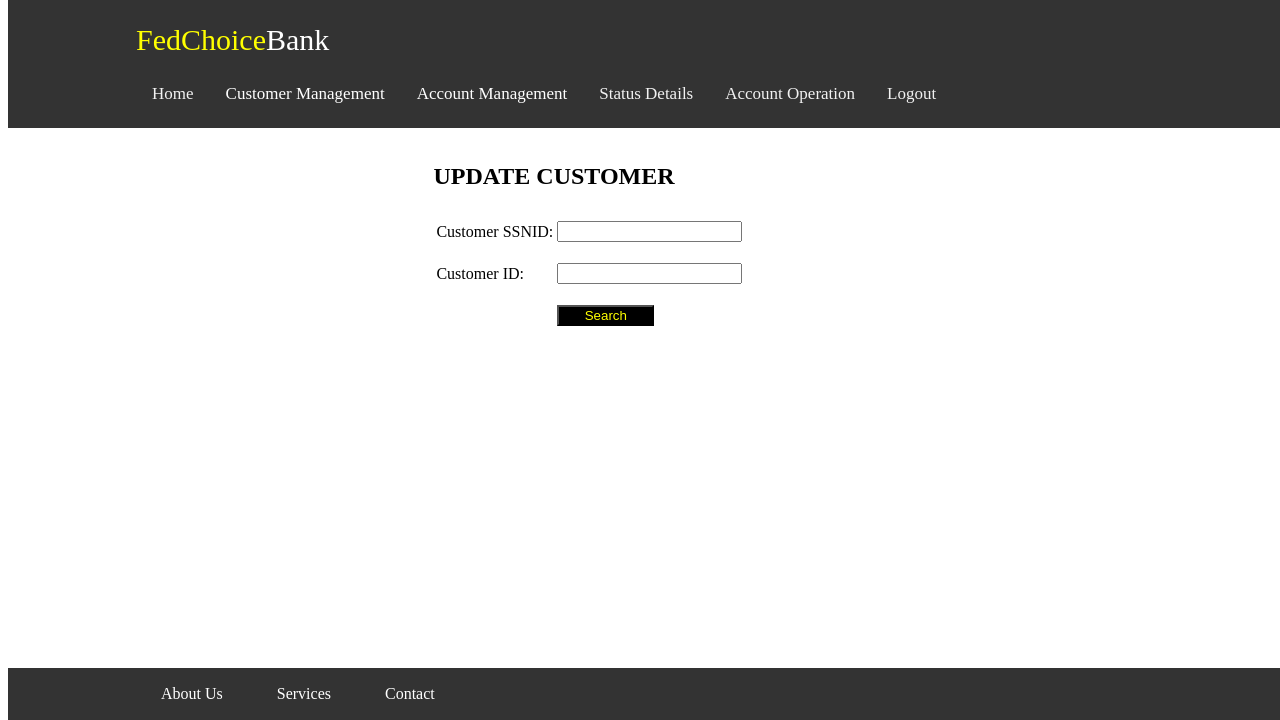
Repository: gopikavinod/RBM
Page: http://localhost/Retail_Bank_Management/UpdateCustomerServlete
An editor plug-in stored every save of this project. The page is shown before and after the next save, followed by the edit.
The browser window is 1280 px wide. The pictures show the whole page.
The page is served by Tomcat 9. Other server files are loaded and not shown. Queries for data that is not in the repository find no rows.

Above is the page before, as saved 2020-06-22 05:04:33.

### eclipse-workspace/Retail Bank Management/WebContent/updateCustomer.jsp
<%@ page language="java" contentType="text/html; charset=ISO-8859-1"
    pageEncoding="ISO-8859-1"
    import="com.bean.CustomerBean"
    %>
<!DOCTYPE html>
   <html>

      <head>
         <meta http-equiv="Content-Type"
            content="text/html; charset=windows-1256">

   <title>FedChoice Bank</title>
<style>
    /* Add some padding on document's body to prevent the content
    to go underneath the header and footer */
    body{
        padding-top: 60px;
        padding-bottom: 40px;
    }
    .container{
        width: 80%;
        margin: 0 auto; /* Center the DIV horizontally */
    }
    .fixed-header, .fixed-footer{
        width: 100%;
        position: fixed;
        background: #333;
        padding: 10px 0;
        color: #fff;
    }
    .fixed-header{
        top: 0;
    }
    .fixed-footer{
        bottom: 0;
    }
    /* Some more styles to beutify this example */
    nav a{
        color: #fff;
        text-decoration: none;
        padding: 7px 25px;
        display: inline-block;
    }
    .container p{
        line-height: 200px; /* Create scrollbar to test positioning */
    }
    p.detail
    {
    color:yellow;
    line-height: 0px;
    font-size: 30px
    }
    span.name{
    	color:white;
    	 font-size: 30px
    }
    tr
    {
    height: 40px;
    }
    span.aestric
    {
    color: red;
    }
    .topnav {
  overflow: hidden;
  background-color: #333;
}

.topnav a {
  float: left;
  display: block;
  color: #f2f2f2;
  text-align: center;
  padding: 14px 16px;
  text-decoration: none;
  font-size: 17px;
}
    .dropdown {
  float: left;
  overflow: hidden;
}
.dropdown .dropbtn {
  font-size: 17px;
  border: none;
  outline: none;
  color: white;
  padding: 14px 16px;
  background-color: inherit;
  font-family: inherit;
  margin: 0;
}

.dropdown-content {
  display: none;
  position: absolute;
  background-color: #f9f9f9;
  min-width: 160px;
  box-shadow: 0px 8px 16px 0px rgba(0,0,0,0.2);
  z-index: 1;
}

.dropdown-content a {
  float: none;
  color: black;
  padding: 12px 16px;
  text-decoration: none;
  display: block;
  text-align: left;
}

.topnav a:hover, .dropdown:hover .dropbtn {
  background-color: #555;
  color: white;
}

.dropdown-content a:hover {
  background-color: #ddd;
  color: black;
}

.dropdown:hover .dropdown-content {
  display: block;
}

</style>


</head>
<body>
    <div class="fixed-header">
        <div class="container">
            <nav>
          <p class="detail">FedChoice<span class="name">Bank</span></p>
          <div class="topnav" id="myTopnav">
                <a href="#">Home</a>
                <div class="dropdown">
    <button class="dropbtn">Customer Management
      <i class="fa fa-caret-down"></i>
    </button>
    <div class="dropdown-content">
      <a href="/Retail_Bank_Management/userLogged.jsp">Create Customer</a>
      <a href="/Retail_Bank_Management/updateCustomer.jsp">Update Customer</a>
      <a href="#">Delete Customer</a>
      <a href="#">View Customer Details</a>
    </div>
    </div>

   <div class="dropdown">
    <button class="dropbtn">Account Management
      <i class="fa fa-caret-down"></i>
    </button>
    <div class="dropdown-content">
      <a href="#">Add Account</a>
      <a href="#">Update Account</a>
      <a href="#">Delete Account</a>
      <a href="#">View Account Details</a>
    </div>
    </div>


                <a href="#">Status Details</a>
                <a href="#">Account Operation</a>
                <a href="#">Logout</a>
            </nav>
        </div>
    </div>
    <div class="container">
    <p>
    <div id="searchdiv1" ${param.searchButton == 'Search'?'hidden':''}>
    	<form action="search" name="updateCustomer"  enctype="multipart/form-data" style="margin-top: 95px;
    margin-left: 299px;" >
    <h2>UPDATE CUSTOMER</h2>
    <table>
   <tr >
<td>Customer SSNID:</td>
<td><input type="text" id="cssnid" name="customerssnid" value="" > </td>
</tr>
<tr >
<td>Customer ID:</td>
<td><input type="text" id="custid" name="customerid" value=""> </td>
</tr>
<tr colspan="2" >
<td></td>
<td><input type="submit" name="searchButton" value="Search" style="background-color: black;color: yellow ;width:97px"></td>
</tr>






</table>

    	</form>
    	</div>
 <div id= "serchdiv2"  ${param.searchButton == 'Search'?'':'hidden'}>
<form  action="update" name="updateCustomer"  method="post"   style="margin-top: 95px;
    margin-left: 299px;">
    <%Object name=request.getAttribute("name");
    Object address=request.getAttribute("address");
    Object age=request.getAttribute("age");
    Object ssn=request.getAttribute("ssn");
    Object custid=request.getAttribute("custid");

    %>


    	<table>
    	<tr >
<td>Customer SSNID:</td>
<td><input type="text" id="cssnid" name="customerssnid" value="<%=ssn %>" readonly="readonly"> </td>
</tr>
<tr >
<td>Customer ID:</td>
<td><input type="text" id="custid" name="customerid" value="<%=custid %>" readonly="readonly"> </td>
</tr>
    	<tr>
<td>Old Customer Name:</td>
<td><input type="text" id="cname" name="customername"   value="<%=name %>" readonly="readonly" > </td>
</tr>

<tr>
<td>New Customer Name<span class="aestric">*</span>:</td>
<td><input type="text" id="ncname" name="newcustname" value="" required="required" ></td>
</tr>
<tr>
<td>Old Address:</td>
<td> <input type="text" id="oaddress" name="customeroaddress" value="<%=address %>"  readonly="readonly"></td>
</tr>
<tr>
<td>New Address<span class="aestric">*</span>:</td>
<td> <input type="text" id="naddress" name="customernaddress" value="" required="required" ></td>
</tr>
<tr>
<td>Old Age:</td>
<td> <input type="text" id="oage" name="customeroage" value = "<%=age %>" readonly="readonly"></td>
</tr>
<tr>
<td>New Age<span class="aestric">*</span>:</td>
<td> <input type="text" id="nage" name="customernage" value="" required="required"></td>
</tr>
<tr>
<td style="color: red;"> (*)Fields are compulsory</td>

</tr>

<tr colspan="2" >
<td></td>
<td><input type="submit" value="Update" style="background-color: black;color: yellow ;width:97px"></td>
</tr>
    	</table>

    	</form>
    	</div>
    	</p>
    	    </div>
    <div class="fixed-footer">
        <div class="container">
        <nav>

                <a href="#">About Us</a>
                <a href="#">Services</a>
                <a href="#">Contact</a>
        </nav>
        </div>
    </div>
</body>
   </html>

### eclipse-workspace/Retail Bank Management/src/com/controller/UpdateCustomerServlete.java
package com.bean;

import java.io.IOException;
import java.io.PrintWriter;

import javax.servlet.ServletException;
import javax.servlet.annotation.WebServlet;
import javax.servlet.http.HttpServlet;
import javax.servlet.http.HttpServletRequest;
import javax.servlet.http.HttpServletResponse;

/**
 * Servlet implementation class updateCustomerServlete
 */
public class UpdateCustomerServlete extends HttpServlet {
	private static final long serialVersionUID = 1L;

    /**
     * @see HttpServlet#HttpServlet()
     */

	/**
	 * @see HttpServlet#doPost(HttpServletRequest request, HttpServletResponse response)
	 */
	protected void doGet(HttpServletRequest request, HttpServletResponse response)
	           throws ServletException, java.io.IOException{
			try {

			System.out.println("helloooooo");
			String custid=request.getParameter("customerid");
			String ssnId=request.getParameter("customerssnid");
			System.out.println("custid:::"+custid);
			CustomerBean search = new CustomerBean();
			search.setCustid(custid);
			search.setSsnid(ssnId);
			search =CustomerDAO.Search(search);
			String name=search.getCustname();
			String address=search.getCustaddress();
			String age=search.getAge();
			String customerid=search.getCustid();
			String ssn=search.getSsnid();
			System.out.println("customerid::"+customerid);
			request.setAttribute("name",name);
			request.setAttribute("age",age);
			request.setAttribute("address",address);
			request.setAttribute("custid",customerid);
			request.setAttribute("ssn",ssn);
			//String a=request.setAttribute(address,"address");

			 request.getRequestDispatcher("updateCustomer.jsp").forward(request, response);

		} catch (Exception e) {
			System.out.println(e);
		}

	}

	protected void doPost(HttpServletRequest request, HttpServletResponse response)
	           throws ServletException, java.io.IOException{

		try {
			String ssnid=request.getParameter("customerssnid");
			String custid=request.getParameter("customerid");
			String newname=request.getParameter("newcustname");
			String newaddress=request.getParameter("customernaddress");
			String newage=request.getParameter("customernage");

			System.out.println("new name"+newname);
			CustomerBean updateCustomer = new CustomerBean();
			PrintWriter out = response.getWriter();
			updateCustomer.setSsnid(ssnid);
			updateCustomer.setCustid(custid);
			updateCustomer.setCustname(newname);
			updateCustomer.setCustaddress(newaddress);
			updateCustomer.setAge(newage);
			updateCustomer =CustomerDAO.updateCustomer(updateCustomer);
			if(updateCustomer.isValid())
			{
				 out.println("<script type=\"text/javascript\">");
		          out.println("alert('Customer details Updated successfully');");
		          out.println("location='updateCustomer.jsp';");
		          out.println("</script>");
			}

			else
			{
				 out.println("<script type=\"text/javascript\">");
		          out.println("alert('Error Occured ');");
		          out.println("location='updateCustomer.jsp';");
		          out.println("</script>");
		          response.sendRedirect("updateCustomer.jsp"); //error page
			}


		} catch (Exception e) {
			// TODO: handle exception
		}

	}
}

### eclipse-workspace/Retail Bank Management/src/com/bean/CustomerBean.java
package com.bean;

public class CustomerBean {


	private String ssnid;
	private String custid;
	private String custname;
	private String custaddress;
	private String age;
	private String state;
	private String city;
	  public boolean valid;
	public boolean isValid() {
		return valid;
	}
	public void setValid(boolean valid) {
		this.valid = valid;
	}
	public String getSsnid() {
		return ssnid;
	}
	public void setSsnid(String ssnid) {
		this.ssnid = ssnid;
	}
	public String getCustid() {
		return custid;
	}
	public void setCustid(String custid) {
		this.custid = custid;
	}
	public String getCustname() {
		return custname;
	}
	public void setCustname(String custname) {
		this.custname = custname;
	}
	public String getCustaddress() {
		return custaddress;
	}
	public void setCustaddress(String custaddress) {
		this.custaddress = custaddress;
	}
	public String getAge() {
		return age;
	}
	public void setAge(String age) {
		this.age = age;
	}
	public String getState() {
		return state;
	}
	public void setState(String state) {
		this.state = state;
	}
	public String getCity() {
		return city;
	}
	public void setCity(String city) {
		this.city = city;
	}

}

### eclipse-workspace/Retail Bank Management/src/com/dao/CustomerDAO.java
package com.bean;
import java.sql.*;

import javax.servlet.http.HttpSession;

import oracle.net.ns.SessionAtts;

public class CustomerDAO {
	 static Connection currentCon = null;
	   static ResultSet rs = null;

	   public static CustomerBean createCustomer(CustomerBean bean) {



		  // Statement stmt = null;
		   currentCon=ConnectionManager.getConnection();
		   		PreparedStatement pstmt=null;
	   		String ssid=bean.getSsnid();
	   		String custid=bean.getCustid();
		   String custname=bean.getCustname();
		   String address=bean.getCustaddress();
		   String age=bean.getAge();
		   String state=bean.getState();
		   String  city=bean.getCity();

		   String insertquery="insert into tbl_customer (ws_ssn,ws_cust_id,ws_name,ws_adrs,ws_age) values(?,?,?,?,?)";
		   try {
			   pstmt=currentCon.prepareStatement(insertquery);
			pstmt.setInt(1,Integer.parseInt(ssid) );
			pstmt.setInt(2,Integer.parseInt( custid));
			pstmt.setString(3, custname);
			pstmt.setString(4, address);
			pstmt.setInt(5, Integer.parseInt(age));
			int i=pstmt.executeUpdate();

			if(i>0)
			{
				System.out.println("Record Inserted Successfully");

				bean.setValid(true);
			}
			else
			{
				System.out.println("no records inserted");
			}
			//pstmt.close();
		} catch (SQLException e) {
			// TODO Auto-generated catch block
			e.printStackTrace();
		}
		   if (pstmt != null) {
		         try {
		        	 pstmt.close();
		         } catch (Exception e) {}
		         pstmt = null;
		         }

		      if (currentCon != null) {
		         try {
		            currentCon.close();
		         } catch (Exception e) {
		         }

		         currentCon = null;
		      }
		   return bean;
	   }

	   public static CustomerBean Search(CustomerBean bean) {

		   currentCon=ConnectionManager.getConnection();
		   Statement stmt = null;
		  String user=bean.getCustid();
		  String ssid=bean.getSsnid();
		  String selQuery=null;
		  if(user!=null)
		  {
			   selQuery="select * from tbl_customer where ws_cust_id='"+user+"'  ";
		  }
		  else if(ssid!=null)
		  {
			   selQuery="select * from tbl_customer where  ws_ssn ='"+ssid+"' ";
		  }


		  try {
			  System.out.println(selQuery);
			  currentCon = ConnectionManager.getConnection();
		      stmt=currentCon.createStatement();
			  rs=stmt.executeQuery(selQuery);
			  System.out.println(rs);
				boolean result=rs.next();
			System.out.println(result);
			if(result)
			{
				//System.out.println("hellooo1111");
				String name=rs.getString("ws_name");
				String address=rs.getString("ws_adrs");
				String age=rs.getString("ws_age");
				String ssnid=rs.getString("ws_ssn");
				String custid=rs.getString("ws_cust_id");
				System.out.println("quesry cusrtid::"+custid);
				System.out.println("query::"+name);
				bean.setCustname(name);
				bean.setCustaddress(address);
				bean.setAge(age);
				bean.setSsnid(ssnid);
				bean.setCustid(custid);
				String s=bean.getCustid();
				System.out.println("s :::"+s);
				//System.out.println(custid);
			}

		} catch (SQLException e) {
			// TODO Auto-generated catch block
			e.printStackTrace();
		}

		   return bean;
	   }

	   public static CustomerBean updateCustomer(CustomerBean bean) {

		   try {
			   currentCon=ConnectionManager.getConnection();
			   PreparedStatement pstmt=null;
			   String updateQuery=null;
			   String custid=bean.getCustid();
			   String ssid=bean.getSsnid();
			   String newname=bean.getCustname();
			   String newaddress=bean.getCustaddress();
			   String newage=bean.getAge();
			   System.out.println("custid ::"+custid);
			   if(custid!=null)
			   {
				   updateQuery="Update tbl_customer set ws_name=?,ws_adrs=?,ws_age=? where ws_cust_id='"+custid+"'";

			   }
			   else if(ssid!=null)
			   {
				   updateQuery="Update tbl_customer set ws_name=?,ws_adrs=?,ws_age=? where ws_ssn='"+ssid+"'";
			   }
			   System.out.println("updatequery::"+updateQuery);
			   System.out.println("newname"+newname);
			   System.out.println("newaddress"+newaddress);
			   System.out.println("newage"+newage);
			   pstmt=currentCon.prepareStatement(updateQuery);
			   pstmt.setString(1,newname);
			   pstmt.setString(2,newaddress);
			   pstmt.setInt(3, Integer.parseInt(newage));
			  int i= pstmt.executeUpdate();
				if(i>0)
				{
					System.out.println("Record Updated Successfully");

					bean.setValid(true);
				}
				else
				{
					System.out.println("no records updated");
				}


		} catch (Exception e) {
			// TODO: handle exception
		}

		   return bean;
	   }

}

### eclipse-workspace/Retail Bank Management/src/com/connection/ConnectionManager.java
package com.bean;

import java.sql.*;
import java.util.*;
import oracle.jdbc.driver.*;



public class ConnectionManager {

   static Connection con;
   static String url;

   public static Connection getConnection()
   {

      try
      {
    	  String Datasource="@localhost:1521:xe";
    	  String username="system";
    	  String password="system";
    	  //jdbc:oracle:thin:@localhost:1521:xe
         String url = "jdbc:oracle:thin:@localhost:1521:xe";
         // assuming "DataSource" is your DataSource name



         try
         {
        	  Class.forName("oracle.jdbc.driver.OracleDriver");
        	  System.out.println("url ::"+url);
            con = DriverManager.getConnection(url,username,password);

         // assuming your SQL Server's	username is "username"
         // and password is "password"

         }

         catch (SQLException ex)
         {
            ex.printStackTrace();
         }
      }

      catch(ClassNotFoundException e)
      {
         System.out.println(e);
      }

   return con;
}
}

After the next save:
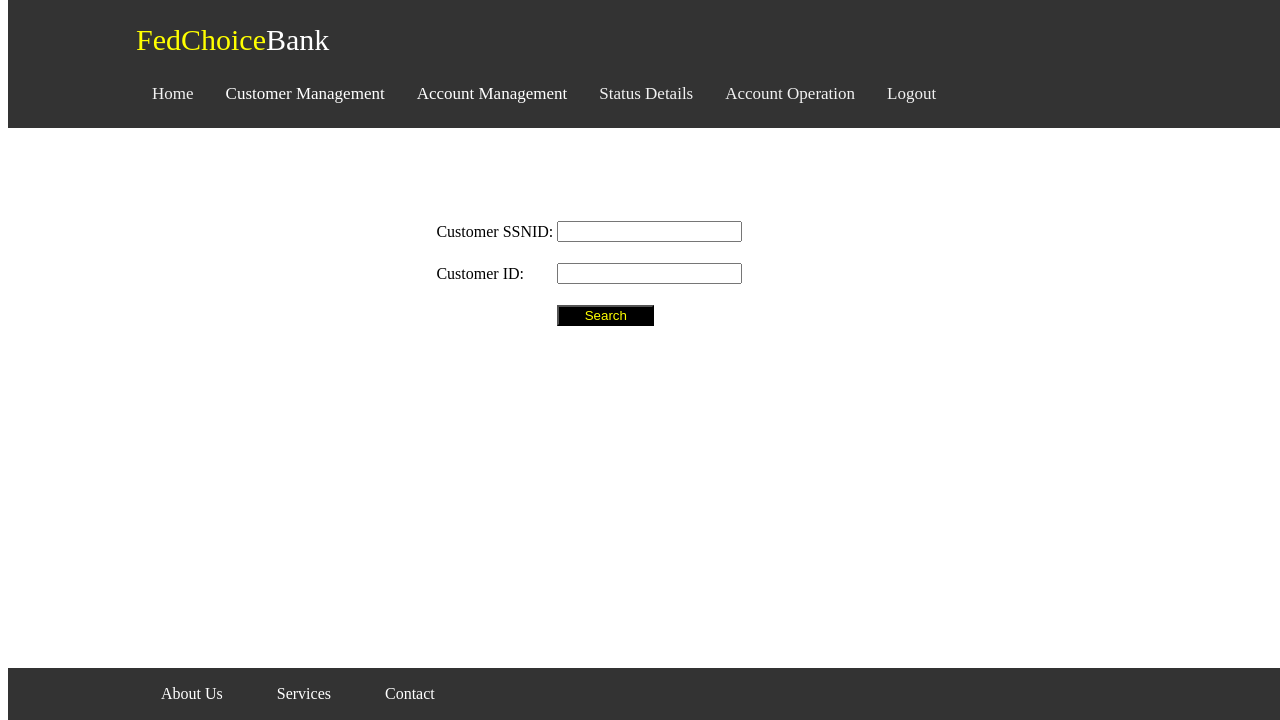
Saved 23 s later.
--- a/eclipse-workspace/Retail Bank Management/WebContent/updateCustomer.jsp
+++ b/eclipse-workspace/Retail Bank Management/WebContent/updateCustomer.jsp
@@ -167,10 +167,11 @@
     </div>
     <div class="container">
     <p>
+     <h2>UPDATE CUSTOMER</h2>
     <div id="searchdiv1" ${param.searchButton == 'Search'?'hidden':''}>
     	<form action="search" name="updateCustomer"  enctype="multipart/form-data" style="margin-top: 95px;
     margin-left: 299px;" >
-    <h2>UPDATE CUSTOMER</h2>
+
     <table>
    <tr >
 <td>Customer SSNID:</td>
